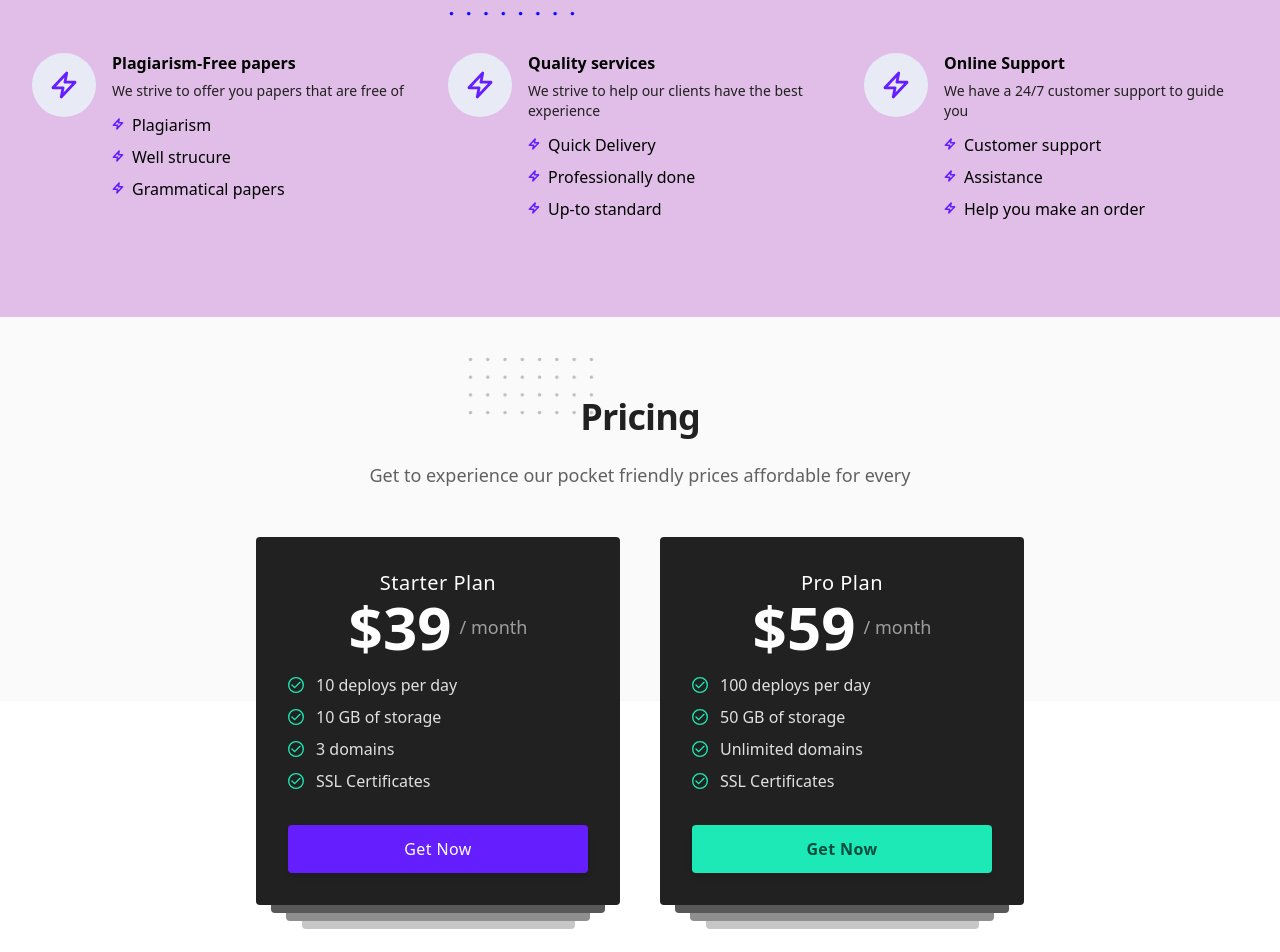
Repository: henrykash/WritingSite
Page: /
The author's editor kept a copy of each file at every save. The page is drawn from the files as they stood at one save, then again after the next save.
The browser window is 1280 px wide. The pictures show the part of the page from y = 778 to 1730 px (the page is 3299 px tall).
The project was rebuilt for these pictures with package versions that can differ from the ones it lists, and the page was loaded fresh each time. The framework's server and built-in components were replaced by stand-ins that run in the browser. Also part of the build but not shown: next.config.js, styles/topnav.module.css, styles/tierstyles.module.css.

Above is the page before, as saved 2021-04-23 15:05:21.

### pages/_app.js
import '../styles/index.css'
import 'tailwindcss/tailwind.css'
//import { AuthProvider } from '@/lib/auth';


function MyApp({ Component, pageProps }) {
  return (
  <div>
      <Component {...pageProps} />
  </div>);
}

export default MyApp

### pages/index.js
import Head from 'next/head'
import Layout from '../Components/Layout'

const Homepage = () => {

  if(typeof window !== 'undefined'){
    const setTawk = () => {
      var Tawk_API = Tawk_API||{}, Tawk_LoadStart=new Date();
          (function(){
              var s1 = document.createElement("script"),s0=document.getElementsByTagName("script")[0];
                  s1.async=true;
                  s1.src='https://embed.tawk.to/604c4303067c2605c0b7e36a/1f0kubhnk';
                  s1.charset='UTF-8';
                  s1.setAttribute('crossorigin','*');
                  s0.parentNode.insertBefore(s1,s0);
      })();
      }
      setTawk()
  }

  return (
    <>
    <div className='overflow-y-hidden'>
      <Head>
        <title>Premium workplace!</title>
        <meta name="viewport" content="initial-scale=1.0, width=device-width" />
        <meta http-equiv="X-UA-Compatible" content="ie=edge" />
        <meta name="description" content="Online Writing, Get work Done, Get remote work done" />
        <meta name="keywords" content="Writing, Online work, Post Work, Assignments" />
        <link href="https://fonts.googleapis.com/css?family=Lato|Poppins&display=swap" rel="stylesheet"></link>
      </Head>
    </div>

    <Layout />

      </>


  )
}

export default Homepage

### Components/Layout.js
import TopNav from './nav/TopNav'
import Header from './header/Header'
import Testimonials from './testimonials/Testimonials'
import PricingTiers from './pricingTiers/PricingTiers'
import Footer from './footer/Footer'
import CallToAction from './CallToAction'
import Features from './Feature'

const Layout = ({ children }) => {
   return (
       <>
        <TopNav />

        <Header />

        <Features />

        <PricingTiers />

        <Testimonials />

        <CallToAction />

        <Footer />

       </>
   )
}

export default Layout

### Components/header/Header.js
import React from "react";
import Image from "next/image";
import TypingComponent from "../../Components/typing/Typing";
import Link from "next/link";

const Header = () => {
  return (
    <>
      <div className="relative flex flex-col-reverse py-16 lg:pt-0 lg:flex-col lg:pb-0 bg-lime-200">
        <div className="inset-y-0 top-0 right-0 z-0 w-full max-w-xl px-4 mx-auto md:px-0 lg:pr-0 lg:mb-0 lg:mx-0 lg:w-7/12 lg:max-w-full lg:absolute xl:px-0 bg-lime-200">
          <svg
            className="absolute left-0 hidden h-full text-white transform -translate-x-1/2 lg:block "
            viewBox="0 0 100 100"
            fill="#B9F6CA"
            preserveAspectRatio="none slice"
          >
            <path d="M50 0H100L50 100H0L50 0Z" />
          </svg>
          <img
            className="object-cover w-full h-56 rounded shadow-lg lg:rounded-none lg:shadow-none md:h-96 lg:h-full"
            src="https://source.unsplash.com/FHnnjk1Yj7Y/1260x750"
            alt=""
          />
        </div>
        <div className="relative flex flex-col items-start w-full max-w-xl px-4 mx-auto md:px-0 lg:px-8 lg:max-w-screen-xl">
          <div className="mb-16 lg:my-40 lg:max-w-lg lg:pr-5">
            <h2 className="mb-5 font-sans text-3xl font-bold tracking-tight text-blue-500 sm:text-4xl sm:leading-none">
              Get all your assignments done
              <br className="hidden md:block" />
              <TypingComponent />{" "}
            </h2>
            <p className="pr-5 mb-5 text-base text-white md:text-lg">
              Tired of doing assignments and need some to help you out worry no
              more because we got you covered.
            </p>
            <div className="flex items-center">
              <Link href="/signup">
                <button class="inline-flex items-center font-semibold text-gray-800 transition-colors duration-200 hover:text-deep-purple-accent-700">
                  Get started
                </button>
              </Link>
            </div>
          </div>
        </div>
      </div>
    </>
  );
};

export default Header;

### Components/testimonials/Testimonials.js
import React from 'react'
import testimonyInfo from '../../public/testimonials.json'
import ReactStars from "react-rating-stars-component";

 const Testimonials = () => {
    return (
        <>
         <section className="text-gray-600 body-font">
  <div className="container px-5 py-24 mx-auto">
    <div className="flex flex-wrap -m-4">
      <div className="lg:w-1/3 lg:mb-0 mb-6 p-4">
        <div className="h-full text-center">
          <img alt="testimonial" className="w-20 h-20 mb-8 object-cover object-center rounded-full inline-block border-2 border-gray-200 bg-gray-100" src="https://dummyimage.com/302x302" />
          <p className="leading-relaxed">Edison bulb retro cloud bread echo park, helvetica stumptown taiyaki taxidermy 90's cronut +1 kinfolk. Single-origin coffee ennui shaman taiyaki vape DIY tote bag drinking vinegar cronut adaptogen squid fanny pack vaporware.</p>
          <span className="inline-block h-1 w-10 rounded bg-green-500 mt-6 mb-4" />
          <h2 className="text-gray-900 font-medium title-font tracking-wider text-sm">HOLDEN CAULFIELD</h2>
          <p className="text-gray-500">Senior Product Designer</p>
        </div>
      </div>
      <div className="lg:w-1/3 lg:mb-0 mb-6 p-4">
        <div className="h-full text-center">
          <img alt="testimonial" className="w-20 h-20 mb-8 object-cover object-center rounded-full inline-block border-2 border-gray-200 bg-gray-100" src="https://dummyimage.com/300x300" />
          <p className="leading-relaxed">Edison bulb retro cloud bread echo park, helvetica stumptown taiyaki taxidermy 90's cronut +1 kinfolk. Single-origin coffee ennui shaman taiyaki vape DIY tote bag drinking vinegar cronut adaptogen squid fanny pack vaporware.</p>
          <span className="inline-block h-1 w-10 rounded bg-green-500 mt-6 mb-4" />
          <h2 className="text-gray-900 font-medium title-font tracking-wider text-sm">ALPER KAMU</h2>
          <p className="text-gray-500">UI Develeoper</p>
        </div>
      </div>
      <div className="lg:w-1/3 lg:mb-0 p-4">
        <div className="h-full text-center">
          <img alt="testimonial" className="w-20 h-20 mb-8 object-cover object-center rounded-full inline-block border-2 border-gray-200 bg-gray-100" src="https://dummyimage.com/305x305" />
          <p className="leading-relaxed">Edison bulb retro cloud bread echo park, helvetica stumptown taiyaki taxidermy 90's cronut +1 kinfolk. Single-origin coffee ennui shaman taiyaki vape DIY tote bag drinking vinegar cronut adaptogen squid fanny pack vaporware.</p>
          <span className="inline-block h-1 w-10 rounded bg-green-500 mt-6 mb-4" />
          <h2 className="text-gray-900 font-medium title-font tracking-wider text-sm">HENRY LETHAM</h2>
          <p className="text-gray-500">CTO</p>
        </div>
      </div>
    </div>
  </div>
</section>

        </>
    )
}

export default Testimonials

### Components/pricingTiers/PricingTiers.js
import React from 'react'
import tierStyles from '../../styles/tierstyles.module.css'
import CheckCircle from '../../public/check-circle.svg';
import Link from 'next/link'


const PricingTiers = () => {
 //const openCheckout = () => {
   //window.location.href =='./pages/order-now.js';
   //}
    return (
      <>
        <div class="relative w-full h-full">
          <div class="absolute hidden w-full bg-gray-50 lg:block h-96" />
          <div class="relative px-4 py-16 mx-auto sm:max-w-xl md:max-w-full lg:max-w-screen-xl md:px-24 lg:px-8 lg:py-20">
            <div class="max-w-xl mb-10 md:mx-auto sm:text-center lg:max-w-2xl md:mb-12">
              <h2 class="max-w-lg mb-6 font-sans text-3xl font-bold leading-none tracking-tight text-gray-900 sm:text-4xl md:mx-auto">
                <span class="relative inline-block">
                  <svg
                    viewBox="0 0 52 24"
                    fill="currentColor"
                    class="absolute top-0 left-0 z-0 hidden w-32 -mt-8 -ml-20 text-gray-400 lg:w-32 lg:-ml-28 lg:-mt-10 sm:block"
                  >
                    <defs>
                      <pattern
                        id="2c67e949-4a23-49f7-bf27-ca140852cf21"
                        x="0"
                        y="0"
                        width=".135"
                        height=".30"
                      >
                        <circle cx="1" cy="1" r=".7" />
                      </pattern>
                    </defs>
                    <rect
                      fill="url(#2c67e949-4a23-49f7-bf27-ca140852cf21)"
                      width="52"
                      height="24"
                    />
                  </svg>
                  <span class="relative">Pricing</span>
                </span>{" "}

              </h2>
              <p class="text-base text-gray-700 md:text-lg">
                Get to experience our pocket friendly prices affordable for every
              </p>
            </div>
            <div class="grid max-w-screen-md gap-10 md:grid-cols-2 sm:mx-auto">
              <div>
                <div class="p-8 bg-gray-900 rounded">
                  <div class="mb-4 text-center">
                    <p class="text-xl font-medium tracking-wide text-white">
                      Starter Plan
                    </p>
                    <div class="flex items-center justify-center">
                      <p class="mr-2 text-5xl font-semibold text-white lg:text-6xl">
                        $39
                      </p>
                      <p class="text-lg text-gray-500">/ month</p>
                    </div>
                  </div>
                  <ul class="mb-8 space-y-2">
                    <li class="flex items-center">
                      <div class="mr-3">
                        <svg
                          class="w-4 h-4 text-teal-accent-400"
                          viewBox="0 0 24 24"
                          strokeLinecap="round"
                          strokeWidth="2"
                        >
                          <polyline
                            fill="none"
                            stroke="currentColor"
                            points="6,12 10,16 18,8"
                          />
                          <circle
                            cx="12"
                            cy="12"
                            fill="none"
                            r="11"
                            stroke="currentColor"
                          />
                        </svg>
                      </div>
                      <p class="font-medium text-gray-300">
                        10 deploys per day
                      </p>
                    </li>
                    <li class="flex items-center">
                      <div class="mr-3">
                        <svg
                          class="w-4 h-4 text-teal-accent-400"
                          viewBox="0 0 24 24"
                          strokeLinecap="round"
                          strokeWidth="2"
                        >
                          <polyline
                            fill="none"
                            stroke="currentColor"
                            points="6,12 10,16 18,8"
                          />
                          <circle
                            cx="12"
                            cy="12"
                            fill="none"
                            r="11"
                            stroke="currentColor"
                          />
                        </svg>
                      </div>
                      <p class="font-medium text-gray-300">10 GB of storage</p>
                    </li>
                    <li class="flex items-center">
                      <div class="mr-3">
                        <svg
                          class="w-4 h-4 text-teal-accent-400"
                          viewBox="0 0 24 24"
                          strokeLinecap="round"
                          strokeWidth="2"
                        >
                          <polyline
                            fill="none"
                            stroke="currentColor"
                            points="6,12 10,16 18,8"
                          />
                          <circle
                            cx="12"
                            cy="12"
                            fill="none"
                            r="11"
                            stroke="currentColor"
                          />
                        </svg>
                      </div>
                      <p class="font-medium text-gray-300">3 domains</p>
                    </li>
                    <li class="flex items-center">
                      <div class="mr-3">
                        <svg
                          class="w-4 h-4 text-teal-accent-400"
                          viewBox="0 0 24 24"
                          strokeLinecap="round"
                          strokeWidth="2"
                        >
                          <polyline
                            fill="none"
                            stroke="currentColor"
                            points="6,12 10,16 18,8"
                          />
                          <circle
                            cx="12"
                            cy="12"
                            fill="none"
                            r="11"
                            stroke="currentColor"
                          />
                        </svg>
                      </div>
                      <p class="font-medium text-gray-300">SSL Certificates</p>
                    </li>
                  </ul>
                  <button
                    type="submit"
                    class="inline-flex items-center justify-center w-full h-12 px-6 font-medium tracking-wide text-white transition duration-200 rounded shadow-md bg-deep-purple-accent-400 hover:bg-deep-purple-accent-700 focus:shadow-outline focus:outline-none"
                  >
                    Get Now
                  </button>
                </div>
                <div class="w-11/12 h-2 mx-auto bg-gray-900 rounded-b opacity-75" />
                <div class="w-10/12 h-2 mx-auto bg-gray-900 rounded-b opacity-50" />
                <div class="w-9/12 h-2 mx-auto bg-gray-900 rounded-b opacity-25" />
              </div>
              <div>
                <div class="p-8 bg-gray-900 rounded">
                  <div class="mb-4 text-center">
                    <p class="text-xl font-medium tracking-wide text-white">
                      Pro Plan
                    </p>
                    <div class="flex items-center justify-center">
                      <p class="mr-2 text-5xl font-semibold text-white lg:text-6xl">
                        $59
                      </p>
                      <p class="text-lg text-gray-500">/ month</p>
                    </div>
                  </div>
                  <ul class="mb-8 space-y-2">
                    <li class="flex items-center">
                      <div class="mr-3">
                        <svg
                          class="w-4 h-4 text-teal-accent-400"
                          viewBox="0 0 24 24"
                          strokeLinecap="round"
                          strokeWidth="2"
                        >
                          <polyline
                            fill="none"
                            stroke="currentColor"
                            points="6,12 10,16 18,8"
                          />
                          <circle
                            cx="12"
                            cy="12"
                            fill="none"
                            r="11"
                            stroke="currentColor"
                          />
                        </svg>
                      </div>
                      <p class="font-medium text-gray-300">
                        100 deploys per day
                      </p>
                    </li>
                    <li class="flex items-center">
                      <div class="mr-3">
                        <svg
                          class="w-4 h-4 text-teal-accent-400"
                          viewBox="0 0 24 24"
                          strokeLinecap="round"
                          strokeWidth="2"
                        >
                          <polyline
                            fill="none"
                            stroke="currentColor"
                            points="6,12 10,16 18,8"
                          />
                          <circle
                            cx="12"
                            cy="12"
                            fill="none"
                            r="11"
                            stroke="currentColor"
                          />
                        </svg>
                      </div>
                      <p class="font-medium text-gray-300">50 GB of storage</p>
                    </li>
                    <li class="flex items-center">
                      <div class="mr-3">
                        <svg
                          class="w-4 h-4 text-teal-accent-400"
                          viewBox="0 0 24 24"
                          strokeLinecap="round"
                          strokeWidth="2"
                        >
                          <polyline
                            fill="none"
                            stroke="currentColor"
                            points="6,12 10,16 18,8"
                          />
                          <circle
                            cx="12"
                            cy="12"
                            fill="none"
                            r="11"
                            stroke="currentColor"
                          />
                        </svg>
                      </div>
                      <p class="font-medium text-gray-300">Unlimited domains</p>
                    </li>
                    <li class="flex items-center">
                      <div class="mr-3">
                        <svg
                          class="w-4 h-4 text-teal-accent-400"
                          viewBox="0 0 24 24"
                          strokeLinecap="round"
                          strokeWidth="2"
                        >
                          <polyline
                            fill="none"
                            stroke="currentColor"
                            points="6,12 10,16 18,8"
                          />
                          <circle
                            cx="12"
                            cy="12"
                            fill="none"
                            r="11"
                            stroke="currentColor"
                          />
                        </svg>
                      </div>
                      <p class="font-medium text-gray-300">SSL Certificates</p>
                    </li>
                  </ul>
                  <button
                    type="submit"
                    class="inline-flex items-center justify-center w-full h-12 px-6 font-semibold tracking-wide text-teal-900 transition duration-200 rounded shadow-md bg-teal-accent-400 hover:bg-teal-accent-700 focus:shadow-outline focus:outline-none"
                  >
                    Get Now
                  </button>
                </div>
                <div class="w-11/12 h-2 mx-auto bg-gray-900 rounded-b opacity-75" />
                <div class="w-10/12 h-2 mx-auto bg-gray-900 rounded-b opacity-50" />
                <div class="w-9/12 h-2 mx-auto bg-gray-900 rounded-b opacity-25" />
              </div>
            </div>
          </div>
        </div>
      </>
    );
}

export default PricingTiers

### Components/typing/Typing.js
import React from "react";
import words from "../../static/words";
import Typed from 'typed.js'

class TypingComponent extends React.Component {
  componentDidMount() {
    const options = {
      strings: words,
      typeSpeed: 150,
      backSpeed: 80,
      loop: true,
      cursorChar: "/",
    };
    // this.el refers to the <span> in the render() method
    this.typed = new Typed(this.el, options);
  }
componentWillUnmount() {
    // Please don't forget to cleanup animation layer
    this.typed.destroy();
  }

  render() {
    return (
      <>
        <span
          style={{ whiteSpace: "pre" }}
          className="underline"
          ref={(el) => {
            this.el = el;
          }}
        />
      </>
    );
  }
}
export default TypingComponent;

### static/words.js
const words = [
    'Effectively',
    'Accurately',
    'In-timely',
    'Smartly',
    'Affordably'
  ]

  export default words

Loaded but not shown: styles/index.css (common file); public/testimonials.json (14 lines, source omitted); Components/Feature.js (290 lines, source omitted); tailwind.config.js (330 lines, source omitted); Components/nav/TopNav.js (171 lines, source omitted); Components/footer/Footer.js (96 lines, source omitted); Components/CallToAction.js (40 lines, source omitted)

After the next save:
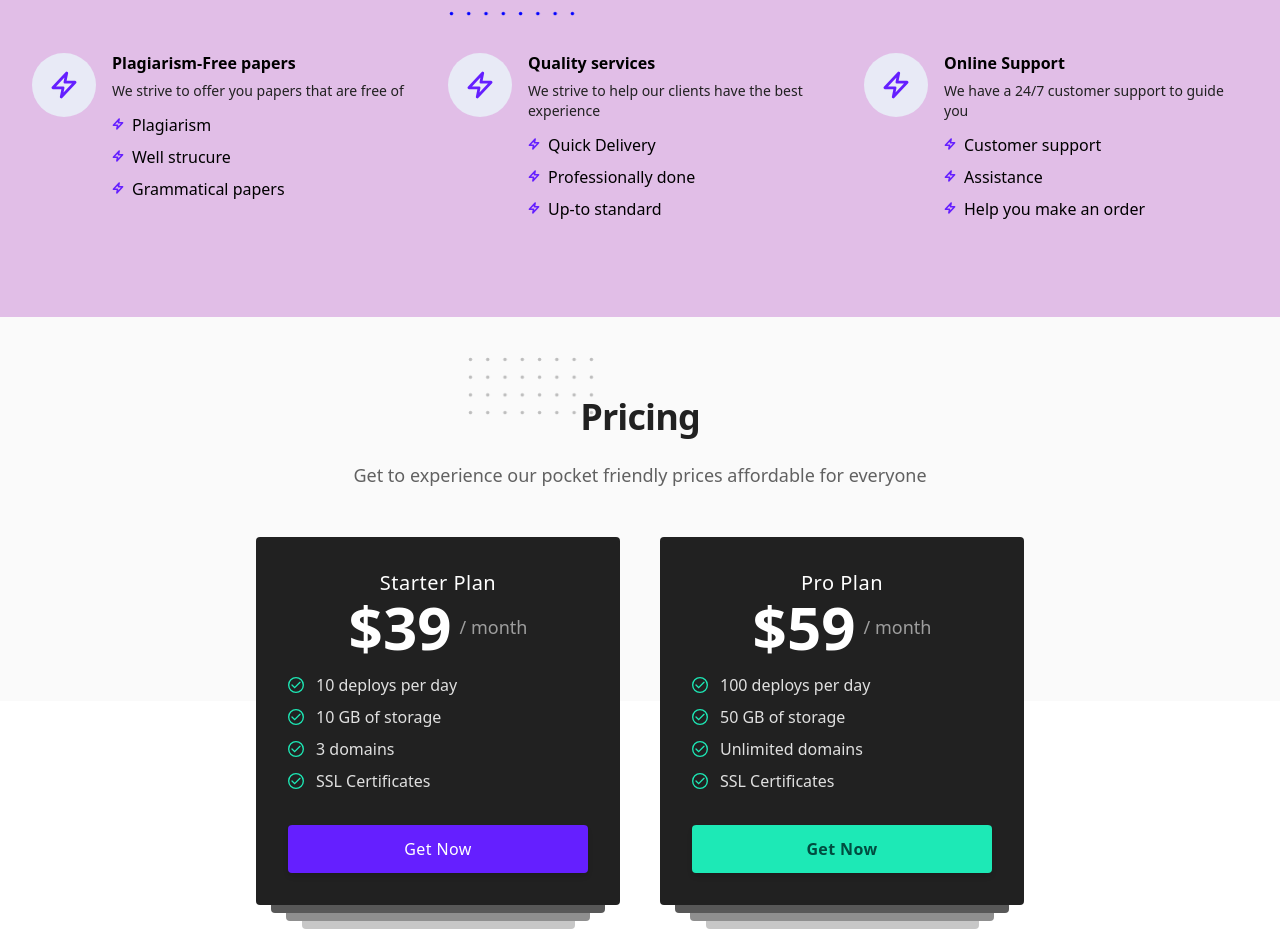
Saved 2 s later.
--- a/Components/pricingTiers/PricingTiers.js
+++ b/Components/pricingTiers/PricingTiers.js
@@ -43,7 +43,7 @@ const PricingTiers = () => {
 
               </h2>
               <p class="text-base text-gray-700 md:text-lg">
-                Get to experience our pocket friendly prices affordable for every
+                Get to experience our pocket friendly prices affordable for everyone
               </p>
             </div>
             <div class="grid max-w-screen-md gap-10 md:grid-cols-2 sm:mx-auto">
